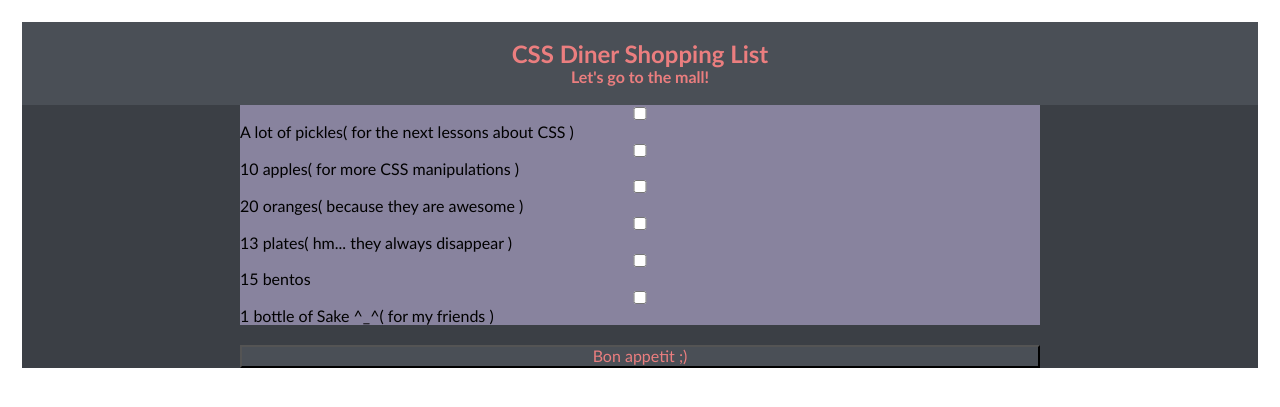
Repository: shpakovskaya/github.io
Page: selector css/shopping list/index.html
These files come from the project's save history. The page is drawn as it stood at one moment and after the next save; the edit follows.
The browser window is 1280 px wide. The pictures show the whole page.

Above is the page before, as saved 2021-11-05 20:19:20.

### selector css/shopping list/index.html
<!DOCTYPE html>
<html lang="en">
  <head>
    <meta charset="UTF-8" />
    <meta http-equiv="X-UA-Compatible" content="IE=edge" />
    <meta name="viewport" content="width=device-width, initial-scale=1.0" />
    <title>Shopping list</title>
    <link rel="shortcut icon" href="./favicon.ico" type="image/x-icon" />
    <link
      rel="stylesheet"
      href="https://cdnjs.cloudflare.com/ajax/libs/normalize/8.0.1/normalize.min.css"
      integrity="sha512-NhSC1YmyruXifcj/KFRWoC561YpHpc5Jtzgvbuzx5VozKpWvQ+4nXhPdFgmx8xqexRcpAglTj9sIBWINXa8x5w=="
      crossorigin="anonymous"
      referrerpolicy="no-referrer"
    />
    <link rel="stylesheet" href="./style.css" />
  </head>
  <body>
    <div class="container">
      <header class="header">
        <header class="header__wrapper">
          <br />
          <h2>CSS Diner Shopping List</h2>
          <h4>Let's go to the mall!</h4>
          <br />
        </header>
      </header>
      <div class="list">
        <form class="list__wrapper">
          <div>
            <input type="checkbox" id="pickles" name="pickles" />
            <label for="pickles">
              <span class="e-pickles">A lot of pickles</span></label
            >
          </div>
          <div>
            <input type="checkbox" id="apples" name="apples" />
            <label for="apples">
              <span class="e-apples">10 apples</span>
            </label>
          </div>
          <div>
            <input type="checkbox" id="oranges" name="oranges" />
            <label for="oranges"
              ><span class="e-oranges">20 oranges</span>
            </label>
          </div>
          <div>
            <input type="checkbox" id="plates" name="plates" />
            <label for="plates"><span class="e-plates">13 plates</span></label>
          </div>
          <div>
            <input type="checkbox" id="bentos" name="bentos" />
            <label for="bentos"><span class="e-bentos">15 bentos</span></label>
          </div>
          <div>
            <input type="checkbox" id="bottle" name="bottle" />
            <label for="bottle"
              ><span class="e-bottle">1 bottle of Sake ^_^</span></label
            >
          </div></div>
      <div class="submit">
        <input type="submit" class="bon__wrapper" value="Bon appetit ;)" />
      </div>
    </div>
        </form>

  </body>
</html>

### selector css/shopping list/style.css
* {
  margin: 0;
  padding: 0;
  box-sizing: border-box;
  width: 100%;
  transition: all 0.1s ease-in;
}

.container {
  width: 100%;
  max-width: 1920px;
  height: 100%;
  box-sizing: border-box;
  background: #3b3f45;
  border: #ffff solid 22px;
  font-family: "Trebuchet MS", Arial, sans-serif;
}
.header__wrapper {
  width: 100%;
  height: 20%;
  color: #eb7e7f;
  background: #4a4f56;
  text-align: center;
}

.list {
  display: flex;
  justify-content: center;
}

.list__wrapper {
  box-sizing: border-box;
  width: 800px;
  background-color: #88839e;
}

.list__wrapper label {
  white-space: nowrap;
}

.e-pickles::after {
  content: "( for the next lessons about CSS )";
  font-size: 16px;
}

.e-apples::after {
  content: "( for more CSS manipulations )";
  font-size: 16px;
}

.e-oranges::after {
  content: "( because they are awesome )";
  font-size: 16px;
}

.e-plates::after {
  content: "( hm... they always disappear )";
  font-size: 16px;
}

.e-bottle::after {
  content: "( for my friends )";
  font-size: 16px;
}

.e-pickles::before {
  content: normal;
}

.submit {
  display: flex;
  justify-content: center;
}

.bon__wrapper {
  width: 800px;
  box-sizing: border-box;
  background: #4a4f56;
  color: #eb7e7f;
  margin-top: 20px;
}

After the next save:
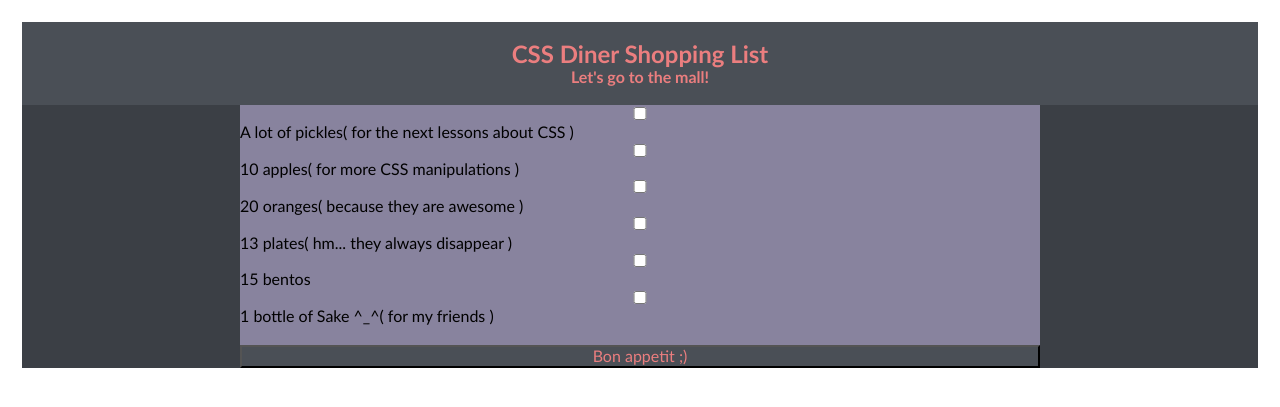
Saved 60 s later.
--- a/selector css/shopping list/index.html
+++ b/selector css/shopping list/index.html
@@ -58,12 +58,10 @@
             <label for="bottle"
               ><span class="e-bottle">1 bottle of Sake ^_^</span></label
             >
-          </div></div>
+          </div>
       <div class="submit">
         <input type="submit" class="bon__wrapper" value="Bon appetit ;)" />
       </div>
-    </div>
-        </form>
-
-  </body>
+            </form>
+        </body>
 </html>
